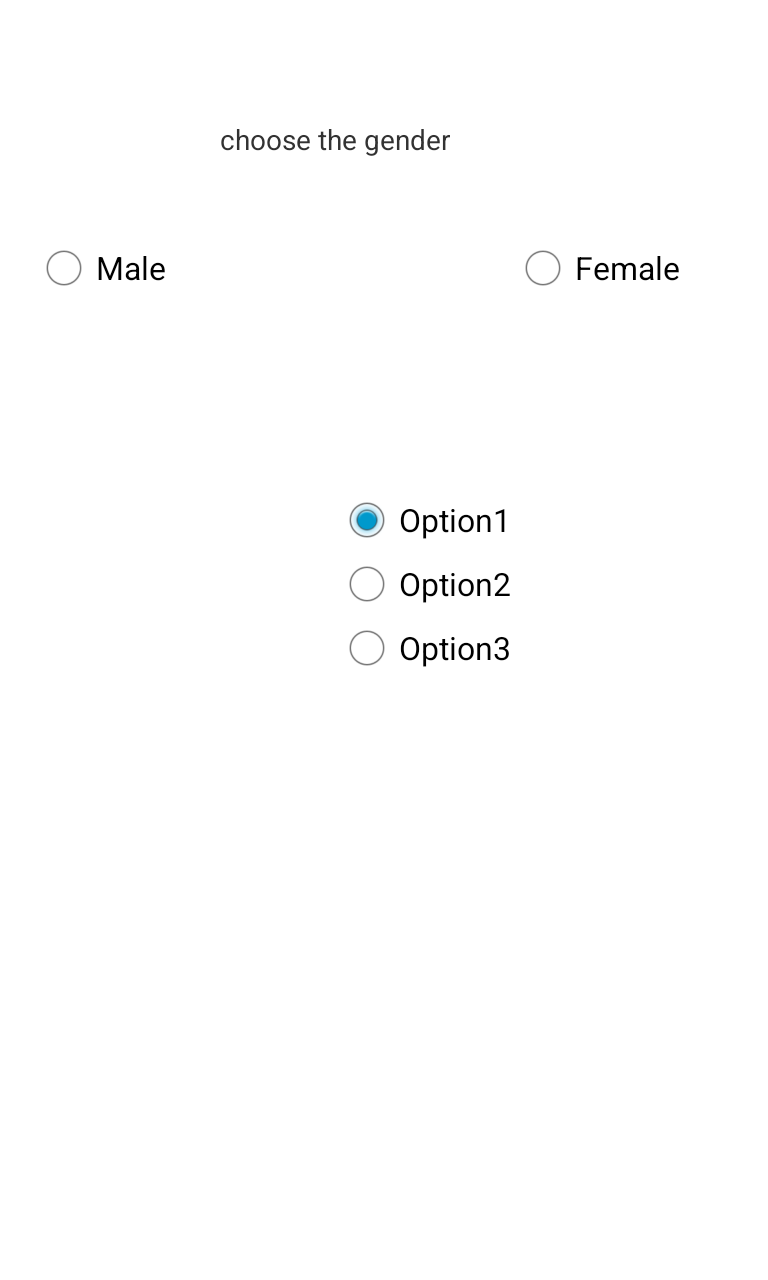
Repository: BhagyalaxmiSD/GitHub
Layout: RadioButtonDemo/res/layout/activity_main.xml
An editor plug-in stored every save of this project. The layout is shown before and after the next save, followed by the edit.
It is drawn on a 768 x 1280 px phone screen (xhdpi) without system bars, with theme AppTheme; the app's code is not run.

Above is the layout before, as saved 2015-11-13 04:02:01.

After the next save:
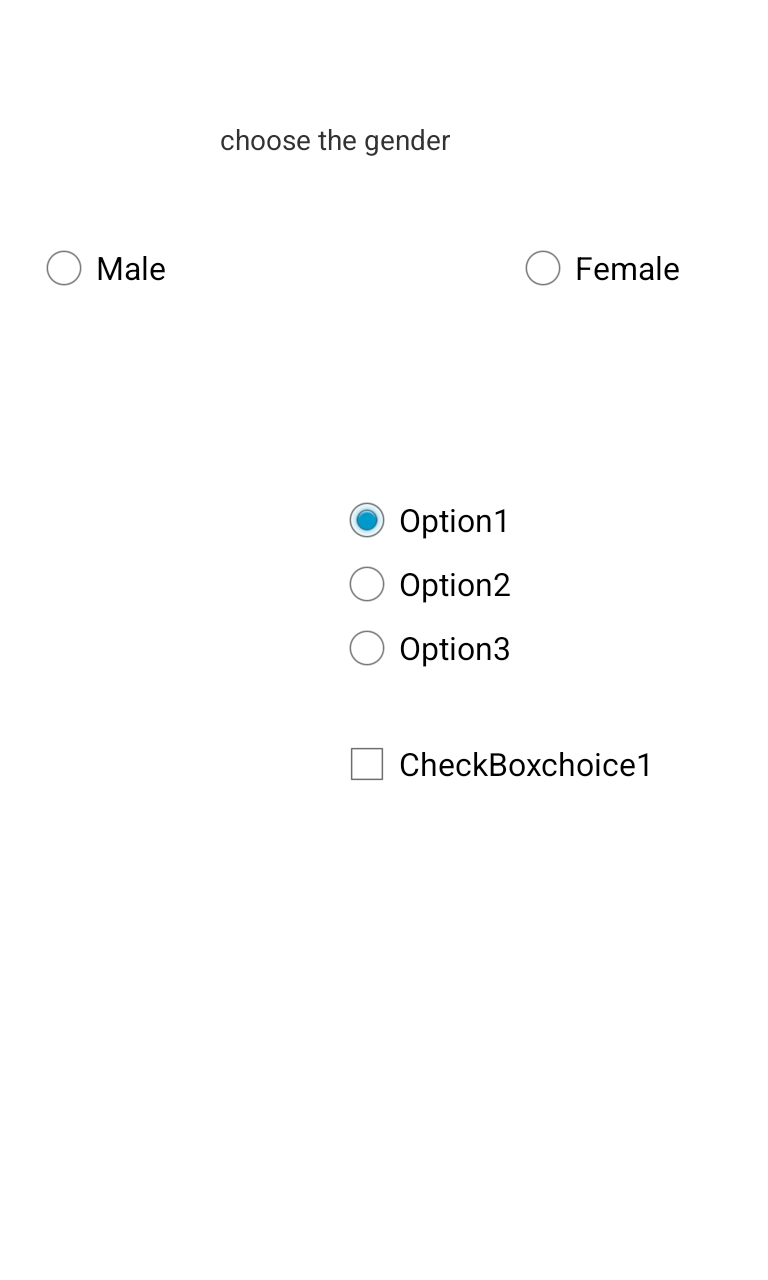
Saved 4 min 20 s later.
--- a/RadioButtonDemo/res/layout/activity_main.xml
+++ b/RadioButtonDemo/res/layout/activity_main.xml
@@ -65,4 +65,13 @@
             android:text="Option3" />
     </RadioGroup>
 
+    <CheckBox
+        android:id="@+id/checkBoxSelection1"
+        android:layout_width="wrap_content"
+        android:layout_height="wrap_content"
+        android:layout_alignLeft="@+id/radioGroup1"
+        android:layout_below="@+id/radioGroup1"
+        android:layout_marginTop="26dp"
+        android:text="CheckBoxchoice1" />
+
 </RelativeLayout>
